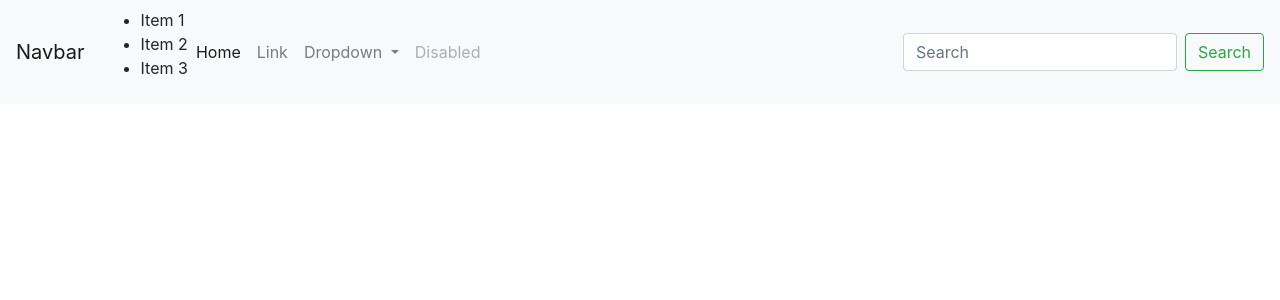
Repository: wolwerr/VueJs-Ninja
Page: Aula-13.html
These files come from the project's save history. The page is drawn as it stood at one moment and after the next save; the edit follows.
The browser window is 1280 px wide. The pictures show the whole page.

Above is the page before, as saved 2021-10-25 20:58:29.

After the next save:
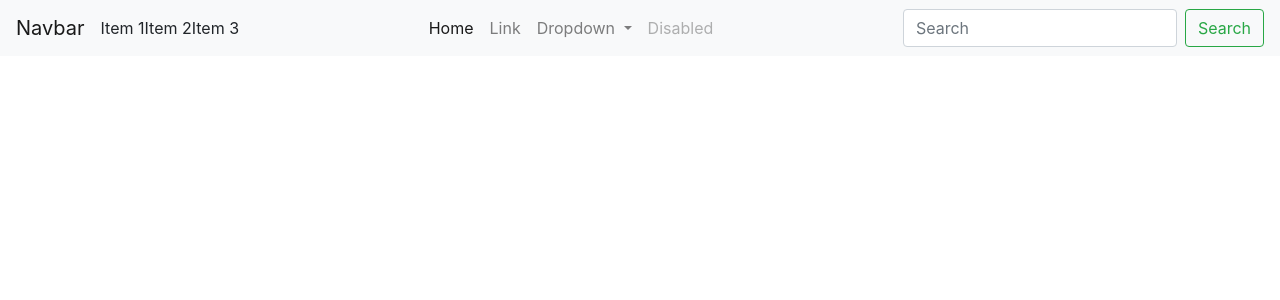
Saved 2 min 8 s later.
--- a/Aula-13.html
+++ b/Aula-13.html
@@ -53,8 +53,8 @@
         </template>
 
         <template id="menu">
-            <ul>
-                <li>Item 1</li>
+            <ul class="navbar-nav mr-auto">
+                <li class="nav-item">Item 1</li>
                 <li>Item 2</li>
                 <li>Item 3</li>
             </ul>
